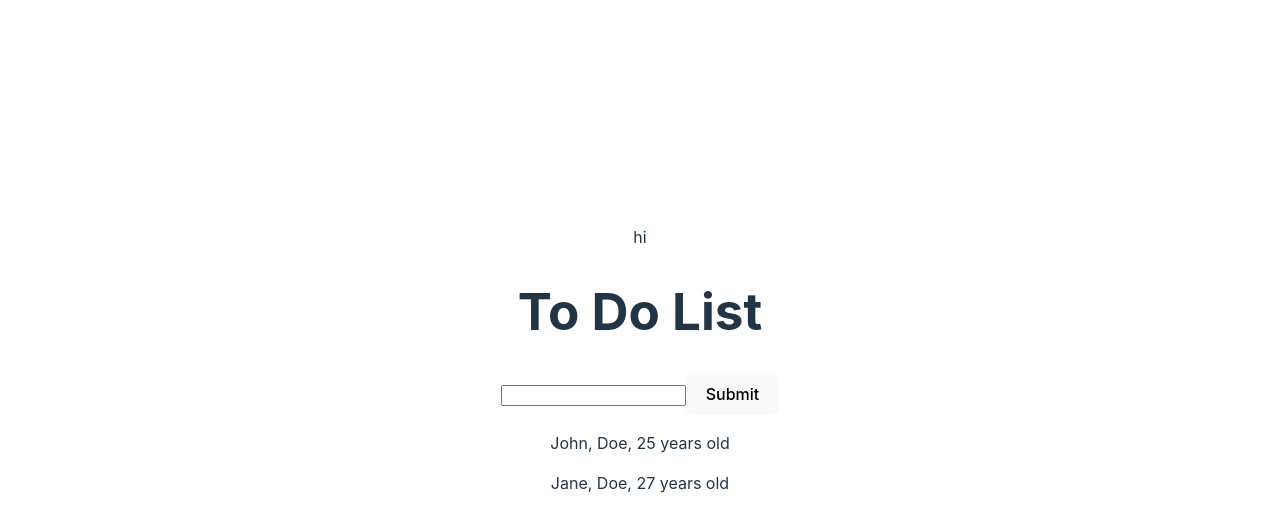
Repository: Jennica1/FRONT_END_WEEK06
Page: / (app in react/)
An editor plug-in stored every save of this project. The page is shown before and after the next save, followed by the edit.
The browser window is 1280 px wide. The pictures show the whole page.
The project was rebuilt for these pictures with package versions that can differ from the ones it lists, and the page was loaded fresh each time. Also part of the build but not shown: react/vite.config.js.

Above is the page before, as saved 2024-10-10 12:17:06.

After the next save:
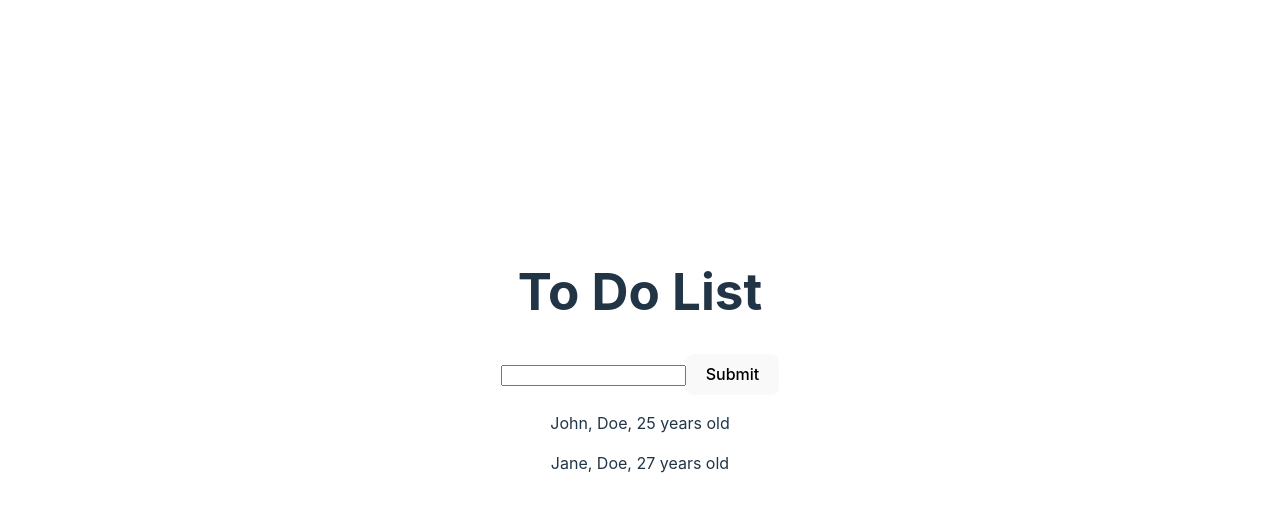
Saved 8 s later.
--- a/react/src/App.jsx
+++ b/react/src/App.jsx
@@ -9,7 +9,6 @@ function App() {
 
   return (
     <>
-    <p>hi</p>
      <TaskForm/>
     </>
   )
